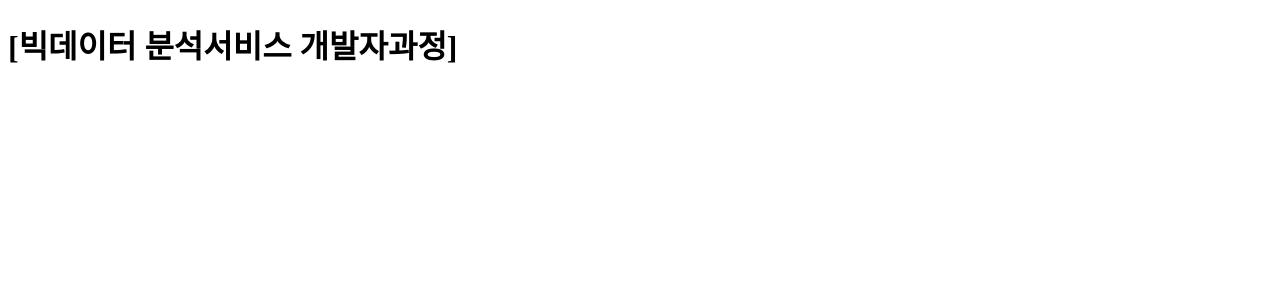
Repository: Jungsol/Servlet_JSP_study
Page: http://localhost/JSP/ex06_header.jsp
An editor plug-in stored every save of this project. The page is shown before and after the next save, followed by the edit.
The browser window is 1280 px wide. The pictures show the whole page.
The page is served by Tomcat 9. Other server files are loaded and not shown.

Above is the page before, as saved 2023-06-08 14:52:58.

### JSP/src/main/webapp/ex06_header.jsp
<%@ page language="java" contentType="text/html; charset=EUC-KR"
    pageEncoding="EUC-KR"%>
<!DOCTYPE html>
<html>
<head>
<meta charset="EUC-KR">
<title>Insert title here</title>
</head>
<body>
	<h1>[빅데이터 분석서비스 개발자과정]</h1>

	<p>
		<a href="ex06_mainPage.jsp"></a>
		<a href="ex06_mainPage2.jsp"></a>
	</p>
</body>
</html>

After the next save:
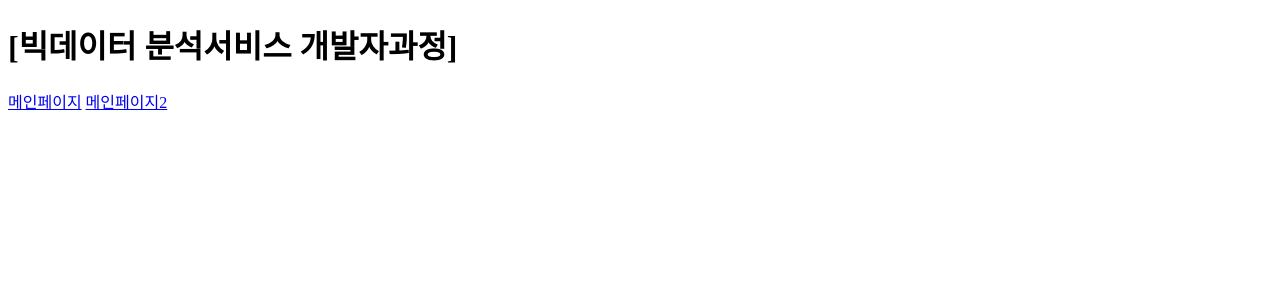
Saved 31 s later.
--- a/JSP/src/main/webapp/ex06_header.jsp
+++ b/JSP/src/main/webapp/ex06_header.jsp
@@ -10,8 +10,8 @@
 	<h1>[빅데이터 분석서비스 개발자과정]</h1>
 
 	<p>
-		<a href="ex06_mainPage.jsp"></a>
-		<a href="ex06_mainPage2.jsp"></a>
+		<a href="ex06_mainPage.jsp">메인페이지</a>
+		<a href="ex06_mainPage2.jsp">메인페이지2</a>
 	</p>
 </body>
 </html>
